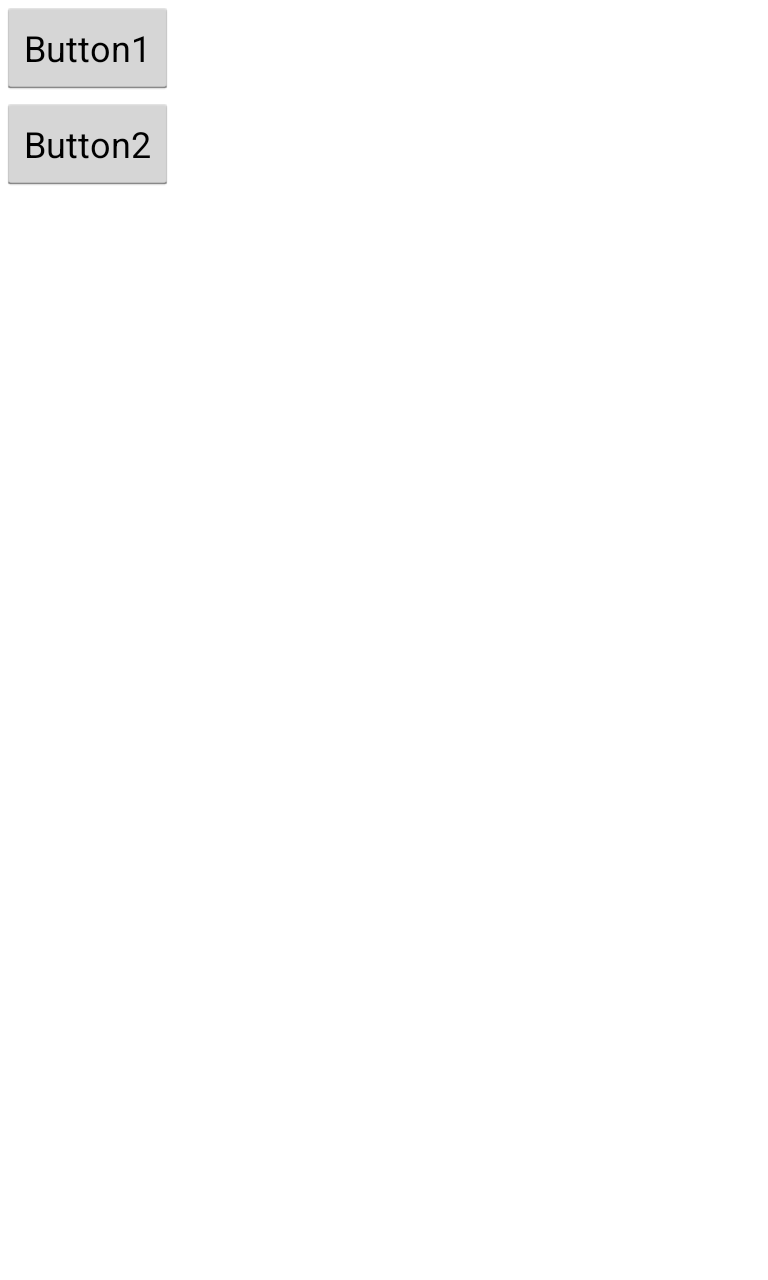
Repository: hugoM1/trainingNaranya
Layout: Layouts/res/layout/activity_home.xml
These files come from the project's save history. The layout is drawn as it stood at one moment and after the next save; the edit follows.
It is drawn on a 768 x 1280 px phone screen (xhdpi) without system bars, with theme AppTheme; the app's code is not run.

Above is the layout before, as saved 2013-08-14 01:48:42.

### Layouts/res/layout/activity_home.xml
<?xml version="1.0" encoding="utf-8"?>
<LinearLayout
    xmlns:android="http://schemas.android.com/apk/res/android"
	android:orientation="vertical"
	android:layout_width="fill_parent"
	android:layout_height="fill_parent">

		<Button
		    android:text="@string/button1"
		    android:id="@+id/Button01"
			android:layout_width="wrap_content"
			android:layout_height="wrap_content" />

		<Button
		    android:text="@string/button2"
		    android:id="@+id/Button02"
			android:layout_width="wrap_content"
			android:layout_height="wrap_content" />

</LinearLayout>

### Layouts/res/values/strings.xml
<?xml version="1.0" encoding="utf-8"?>
<resources>

    <string name="app_name">Layouts</string>
    <string name="action_settings">Settings</string>
    <string name="hello_world">Hello world!</string>
    <string name="button1">Button1</string>
    <string name="button2">Button2</string>

</resources>

Loaded but not shown: Layouts/res/values/styles.xml (common file); Layouts/res/values-v11/styles.xml (common file); Layouts/res/values-v14/styles.xml (common file)

After the next save:
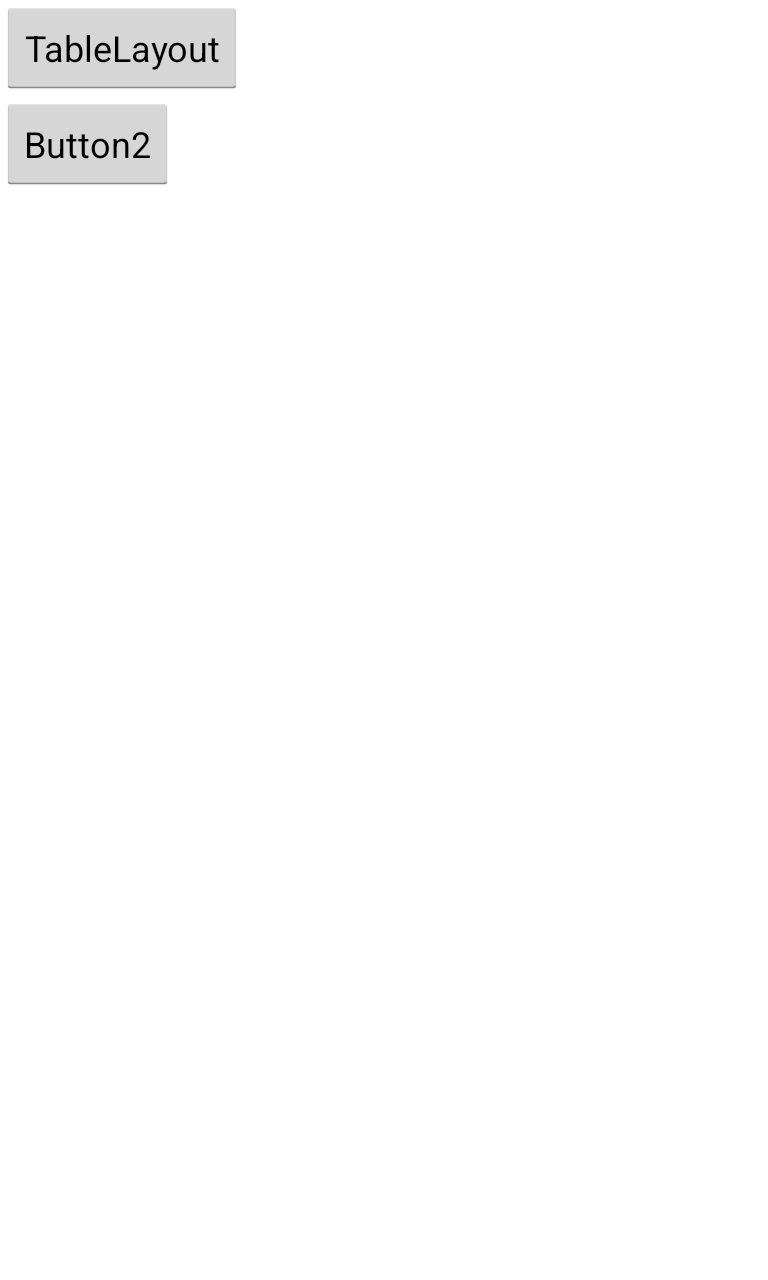
Saved 83 s later.
--- a/Layouts/res/values/strings.xml
+++ b/Layouts/res/values/strings.xml
@@ -4,7 +4,7 @@
     <string name="app_name">Layouts</string>
     <string name="action_settings">Settings</string>
     <string name="hello_world">Hello world!</string>
-    <string name="button1">Button1</string>
+    <string name="button1">TableLayout</string>
     <string name="button2">Button2</string>
 
 </resources>
